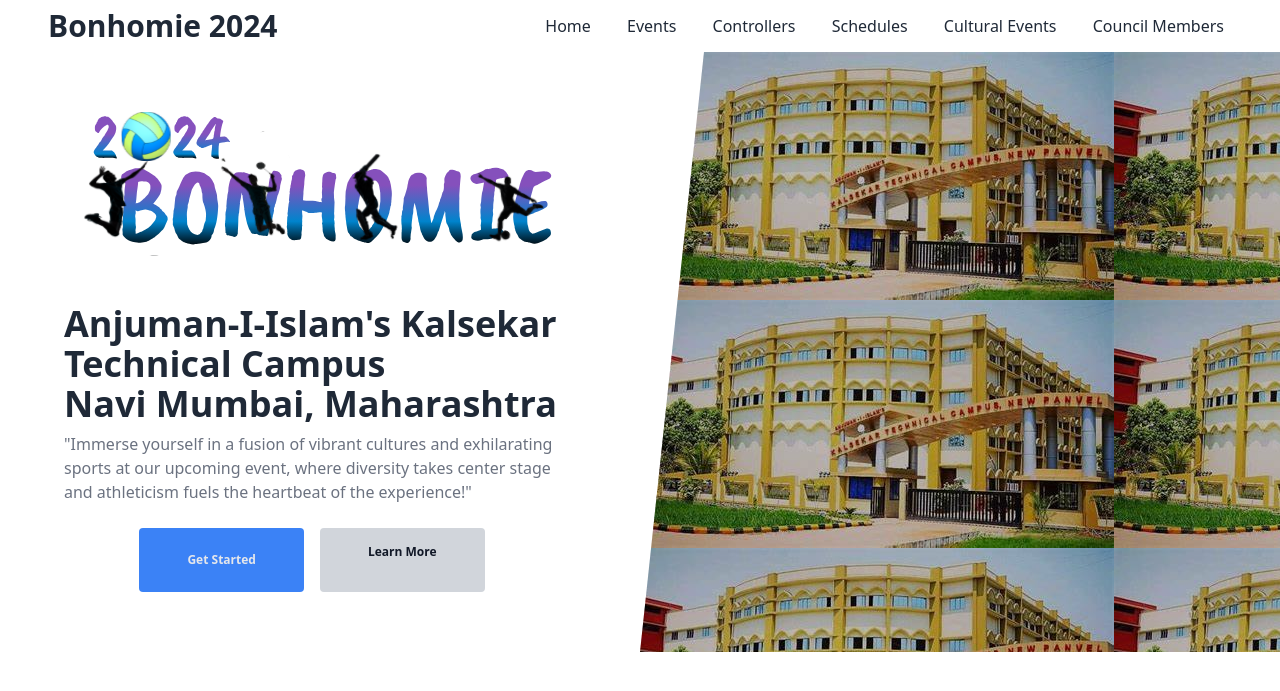
Repository: sshadulla22/Bonhomie2024
Page: Bonhomie 2024/index.html
These files come from the project's save history. The page is drawn as it stood at one moment and after a run of saves; the edit follows.
The browser window is 1280 px wide. The pictures show the whole page.
Some web libraries are served in a nearby version.

Above is the page before, as saved 2024-01-31 17:06:35.

### Bonhomie 2024/index.html
<!DOCTYPE html>
<html lang="en">
<head>
    <meta charset="UTF-8">
    <meta name="viewport" content="width=device-width, initial-scale=1.0">
    <script src="https://cdn.tailwindcss.com"></script>
    <title>Bonhomie 2024 </title>
</head>
<body>
    <!-- component -->
<div class="w-full">
    <nav class="bg-white shadow-lg">
        <div class="md:flex items-center justify-between py-2 px-8 md:px-12">
            <div class="flex justify-between items-center">
               <div class="text-2xl font-bold text-gray-800 md:text-3xl">
                    <a href="#">Bonhomie 2024</a>
               </div>
                <div class="md:hidden">
                    <button type="button" class="block text-gray-800 hover:text-gray-700 focus:text-gray-700 focus:outline-none">
                        <svg class="h-6 w-6 fill-current" viewBox="0 0 24 24">
                            <path class="hidden" d="M16.24 14.83a1 1 0 0 1-1.41 1.41L12 13.41l-2.83 2.83a1 1 0 0 1-1.41-1.41L10.59 12 7.76 9.17a1 1 0 0 1 1.41-1.41L12 10.59l2.83-2.83a1 1 0 0 1 1.41 1.41L13.41 12l2.83 2.83z"/>
                            <path d="M4 5h16a1 1 0 0 1 0 2H4a1 1 0 1 1 0-2zm0 6h16a1 1 0 0 1 0 2H4a1 1 0 0 1 0-2zm0 6h16a1 1 0 0 1 0 2H4a1 1 0 0 1 0-2z"/>
                        </svg>
                    </button>
                </div>
            </div>
            <div class="flex flex-col md:flex-row hidden md:block -mx-2">
                <a href="#" class="text-gray-800 rounded hover:bg-blue-500 hover:text-gray-100 hover:font-medium py-2 px-2 md:mx-2">Home</a>
                <a href="#" class="text-gray-800 rounded hover:bg-blue-500  hover:text-gray-100 hover:font-medium py-2 px-2 md:mx-2">Events</a>
                <a href="#" class="text-gray-800 rounded hover:bg-blue-500  hover:text-gray-100 hover:font-medium py-2 px-2 md:mx-2">Controllers</a>
                <a href="#" class="text-gray-800 rounded hover:bg-blue-500  hover:text-gray-100 hover:font-medium py-2 px-2 md:mx-2">Schedules</a>
                <a href="#" class="text-gray-800 rounded hover:bg-blue-500  hover:text-gray-100 hover:font-medium py-2 px-2 md:mx-2">Cultural Events</a>
                <a href="#" class="text-gray-800 rounded hover:bg-blue-500  hover:text-gray-100 hover:font-medium py-2 px-2 md:mx-2">Council Members</a>
            </div>
        </div>
    </nav>
    <div class="flex bg-white" style="height:600px;">
        <div class="flex items-center text-center lg:text-left px-8 md:px-12 lg:w-1/2">
            <div>
                <header class="flex-grow flex flex-col justify-center items-center px-4">
                    <h1 class="text-5xl font-bold text-white text-center mb-8"><img src="/images/Group 255 (1).svg" alt="Girl in a jacket" width="700px" height="1400px"></h1>
                <h2 class="text-3xl font-semibold text-gray-800 md:text-4xl">Anjuman-I-Islam's Kalsekar Technical Campus <br> Navi Mumbai, Maharashtra </h2>
                <p class="mt-2 text-2xl text-gray-500 md:text-base">"Immerse yourself in a fusion of vibrant cultures and exhilarating sports at our upcoming event, where diversity takes center stage and athleticism fuels the heartbeat of the experience!"</p>
                <div class="flex justify-center lg:justify-start mt-6">
                    <a class="px-12 py-6 bg-blue-500 text-gray-200 text-xs font-semibold rounded hover:bg-gray-800" href="#">Get Started</a>
                    <a class="mx-4 px-12 py-4 bg-gray-300 text-gray-900 text-xs font-semibold rounded hover:bg-gray-400" href="#">Learn More</a>
                </div>
            </div>
        </div>
        <div class="hidden lg:block lg:w-1/2" style="clip-path:polygon(10% 0, 100% 0%, 100% 100%, 0 100%)">
            <div class="h-full object-cover" style="background-image: url(./images/OIP.jpeg)">
                <div class="h-full bg-black opacity-25"></div>
            </div>
        </div>
    </div>
</div>
    </body>
    </html>

After the next 2 saves:
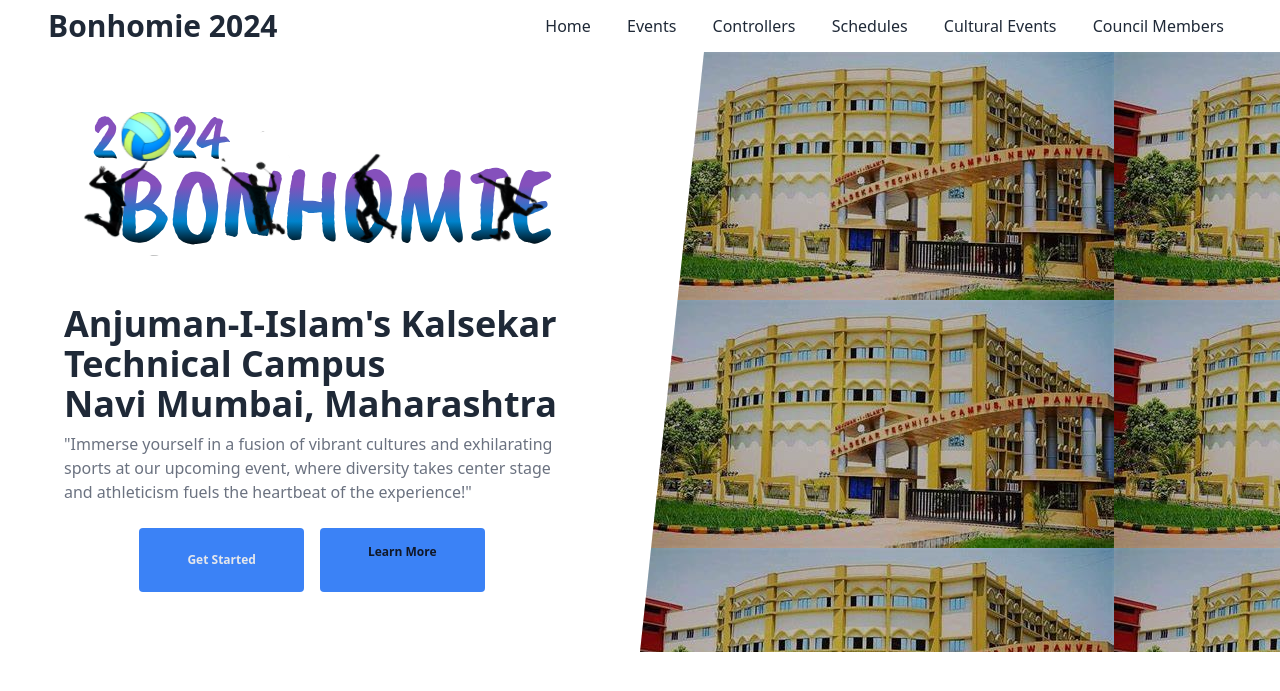
The 2 saves are shown as one change because they came seconds apart.
The last was saved 24 s later.
--- a/Bonhomie 2024/index.html
+++ b/Bonhomie 2024/index.html
@@ -43,7 +43,7 @@
                 <p class="mt-2 text-2xl text-gray-500 md:text-base">"Immerse yourself in a fusion of vibrant cultures and exhilarating sports at our upcoming event, where diversity takes center stage and athleticism fuels the heartbeat of the experience!"</p>
                 <div class="flex justify-center lg:justify-start mt-6">
                     <a class="px-12 py-6 bg-blue-500 text-gray-200 text-xs font-semibold rounded hover:bg-gray-800" href="#">Get Started</a>
-                    <a class="mx-4 px-12 py-4 bg-gray-300 text-gray-900 text-xs font-semibold rounded hover:bg-gray-400" href="#">Learn More</a>
+                    <a class="mx-4 px-12 py-4 bg-blue-500 text-gray-900 text-xs font-semibold rounded hover:bg-gray-400" href="#">Learn More</a>
                 </div>
             </div>
         </div>
